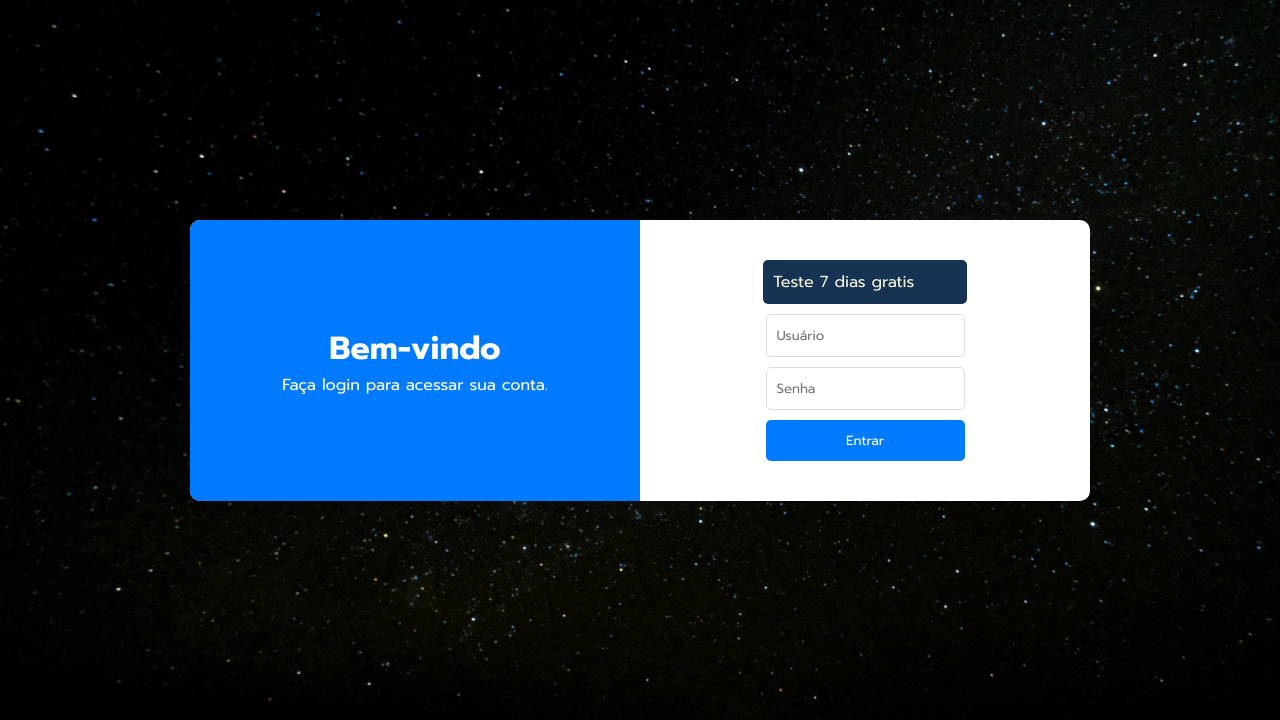
Repository: joao-paulo-paiva/tela-login
Page: index.html
The author's editor kept a copy of each file at every save. The page is drawn from the files as they stood at one save, then again after the next save.
The browser window is 1280 px wide. The pictures show the whole page.

Above is the page before, as saved 2025-04-15 11:22:16.

### index.html
<!DOCTYPE html>
<html lang="pt-br">
<head>
    <meta charset="UTF-8">
    <meta name="viewport" content="width=device-width, initial-scale=1.0">
    <title>Tela de Login</title>
    <link rel="stylesheet" href="style.css">
    <link rel="preconnect" href="https://fonts.googleapis.com">
    <link rel="preconnect" href="https://fonts.gstatic.com" crossorigin>
    <link href="https://fonts.googleapis.com/css2?family=DM+Sans:ital,opsz,wght@0,9..40,100..1000;1,9..40,100..1000&family=Montserrat:ital,wght@0,100..900;1,100..900&family=Prompt:ital,wght@0,100;0,200;0,300;0,400;0,500;0,600;0,700;0,800;0,900;1,100;1,200;1,300;1,400;1,500;1,600;1,700;1,800;1,900&display=swap" rel="stylesheet">
</head>
<body>
    <div class="container">
        <div class="esquerda">
            <h1>Bem-vindo</h1>
            <p class="">Faça login para acessar sua conta.</p>
        </div>
        <div class="direita">
            <a href="#" class="teste-gratis"><p>Teste 7 dias gratis</p></a>
            <form action="#" method="POST">
                <input type="text" placeholder="Usuário" required>
                <input type="password" placeholder="Senha" required>
                <button type="submit">Entrar</button>
            </form>
        </div>
    </div>
</body>
</html>

### style.css
* {
    margin: 0;
    padding: 0;
    box-sizing: border-box;
    font-family: "Prompt", sans-serif;
}

body {
    display: flex;
    justify-content: center;
    align-items: center;
    height: 100vh;
    background-image: url(./imagens/pexels-francesco-ungaro-998641.jpg);
    background-size: cover;
    background-position: center;
    background-repeat: no-repeat;
}

.container {
    display: flex;
    width: 80%;
    max-width: 900px;
    background: white;
    border-radius: 10px;
    overflow: hidden;
}

.esquerda, .direita {
    width: 50%;
    padding: 40px;
}

.esquerda {
    background-color: #007bff;
    color: white;
    display: flex;
    flex-direction: column;
    justify-content: center;
    align-items: center;
}

.direita {
    display: flex;
    flex-direction: column;
    justify-content: center;
    align-items: center;
}

input {
    display: block;
    width: 100%;
    padding: 10px;
    margin: 10px 0;
    border: 1px solid #ddd;
    border-radius: 5px;
}
.teste-gratis{
    display: flex;
    width: 55%;
    padding: 10px;
    background-color: #163353;
    text-decoration: none;
    color: beige;
    border-radius: 5px;
}
.teste-gratis p{
    text-align: end;
}
button {
    width: 100%;
    padding: 10px;
    background-color: #007bff;
    color: white;
    border: none;
    border-radius: 5px;
    cursor: pointer;
}

After the next save:
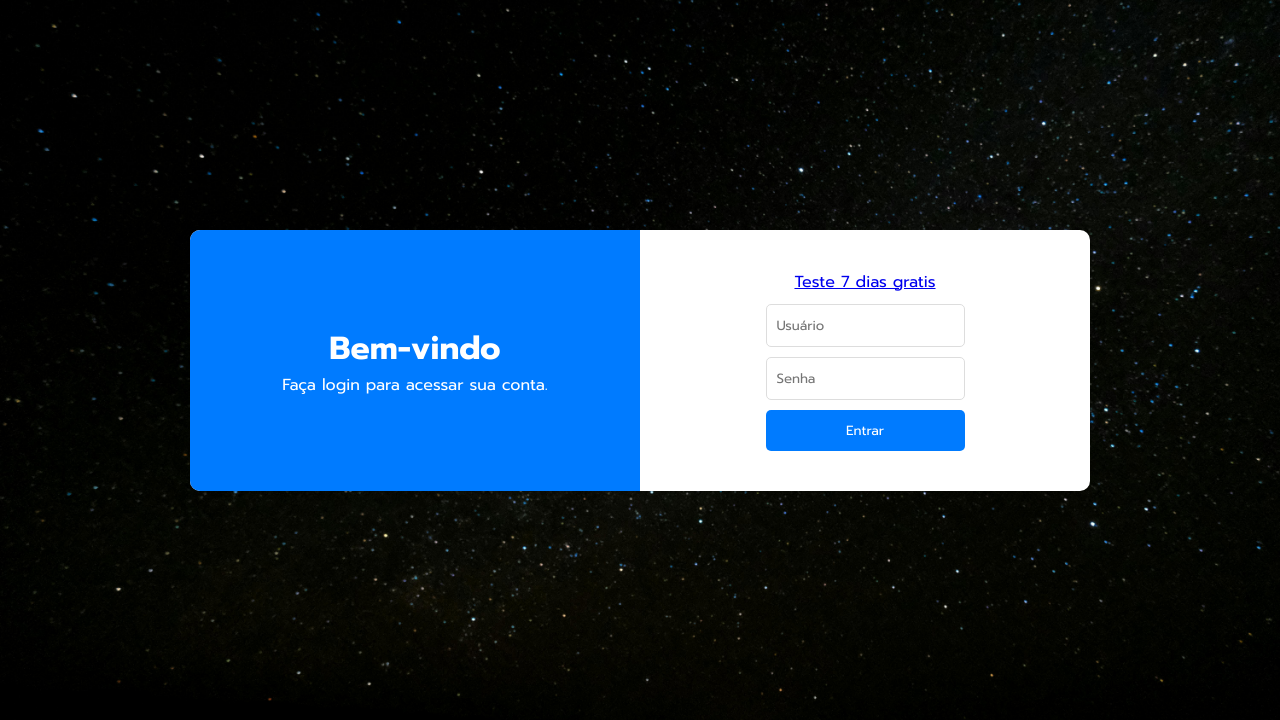
Saved 5 min 1 s later.
--- a/style.css
+++ b/style.css
@@ -54,15 +54,19 @@
     border: 1px solid #ddd;
     border-radius: 5px;
 }
-.teste-gratis{
+..teste-gratis {
     display: flex;
+    justify-content: center; /* Centraliza horizontalmente */
+    align-items: center; /* Centraliza verticalmente */
     width: 55%;
     padding: 10px;
     background-color: #163353;
     text-decoration: none;
     color: beige;
     border-radius: 5px;
+    text-align: center; /* Garante que o texto esteja centralizado dentro do bloco */
 }
+
 .teste-gratis p{
     text-align: end;
 }

After the save that followed:
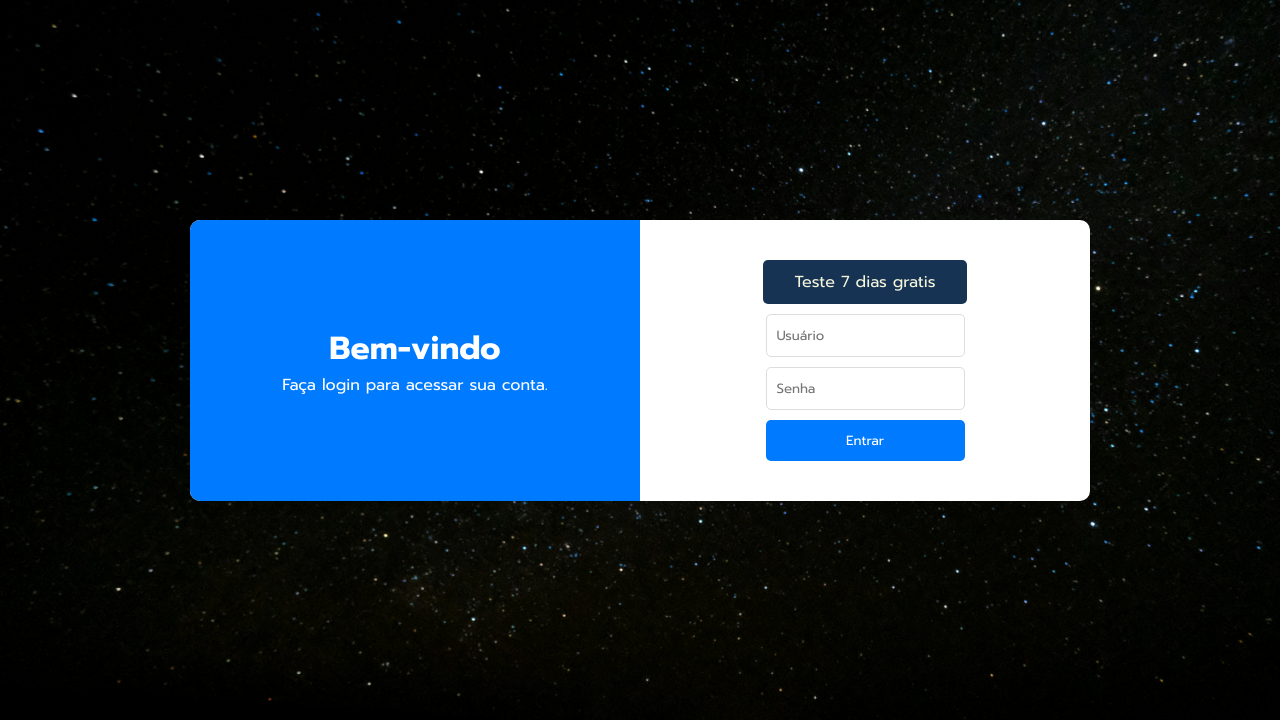
Saved 6 s later.
--- a/style.css
+++ b/style.css
@@ -54,7 +54,7 @@
     border: 1px solid #ddd;
     border-radius: 5px;
 }
-..teste-gratis {
+.teste-gratis {
     display: flex;
     justify-content: center; /* Centraliza horizontalmente */
     align-items: center; /* Centraliza verticalmente */
